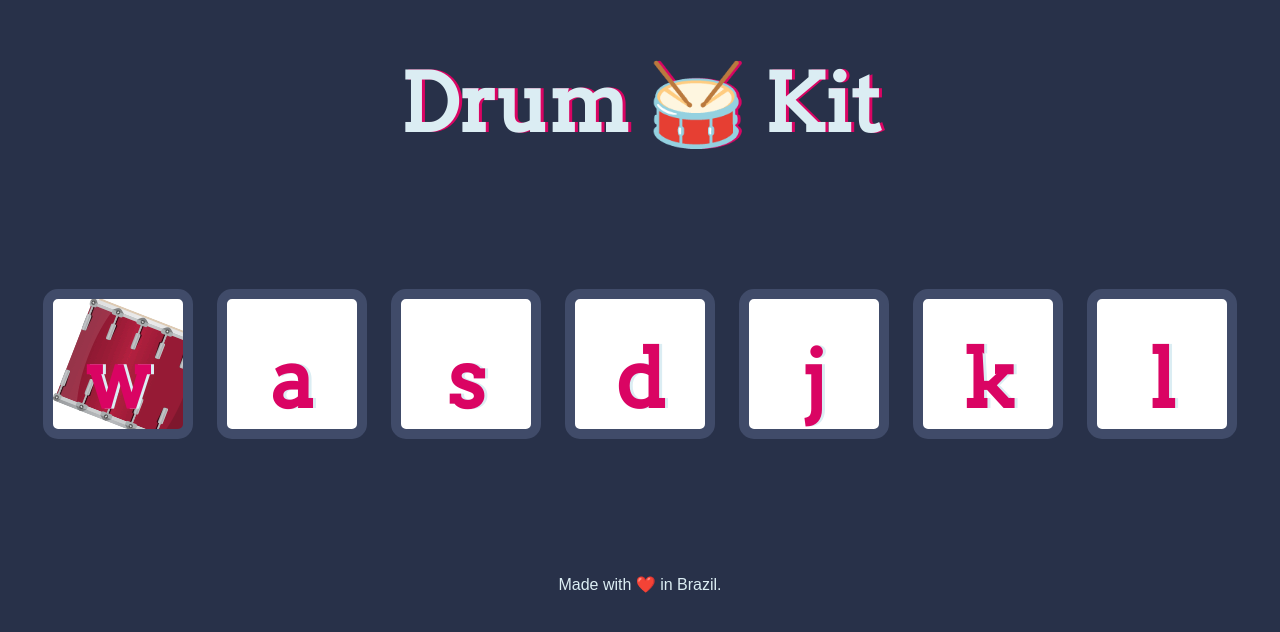
Repository: Mardoqueu/drum-kit
Page: index.html
An editor plug-in stored every save of this project. The page is shown before and after a run of saves, followed by the edit.
The browser window is 1280 px wide. The pictures show the whole page.

Above is the page before, as saved 2022-10-15 09:56:08.

After the next 2 saves:
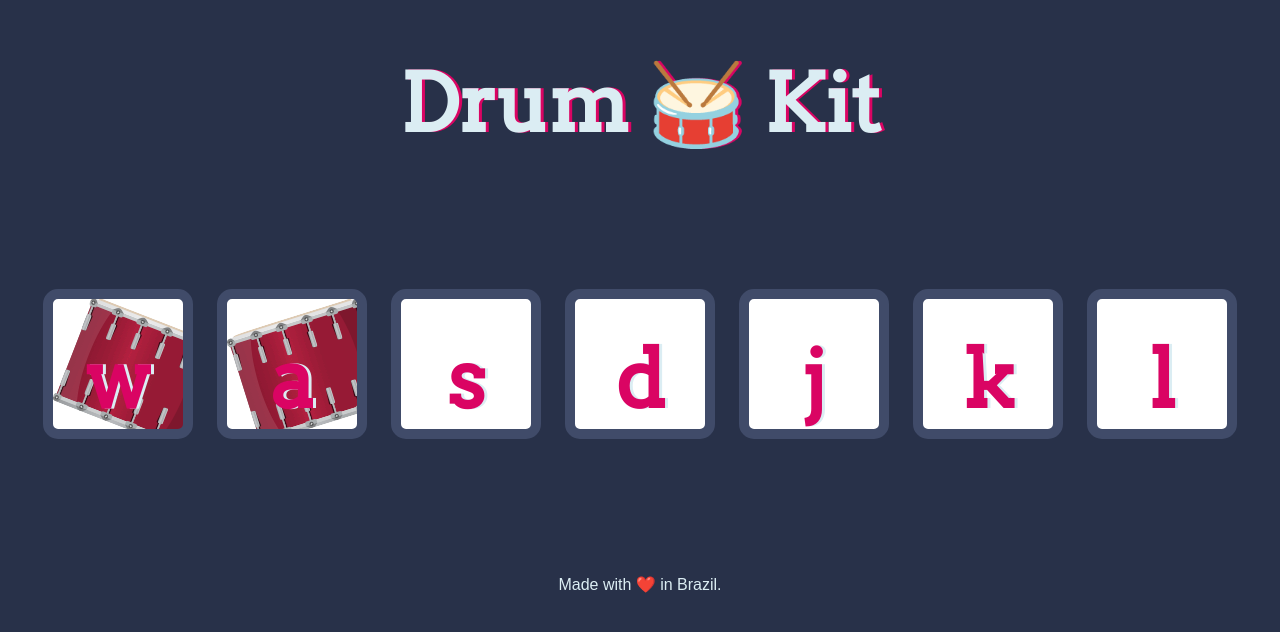
The 2 saves are shown as one change because they came seconds apart.
The last was saved 9 s later.
--- a/styles.css
+++ b/styles.css
@@ -21,7 +21,7 @@
 }
 
 .a {
-
+  background-image: url("images/tom2.png");
 }
 
 .s {
